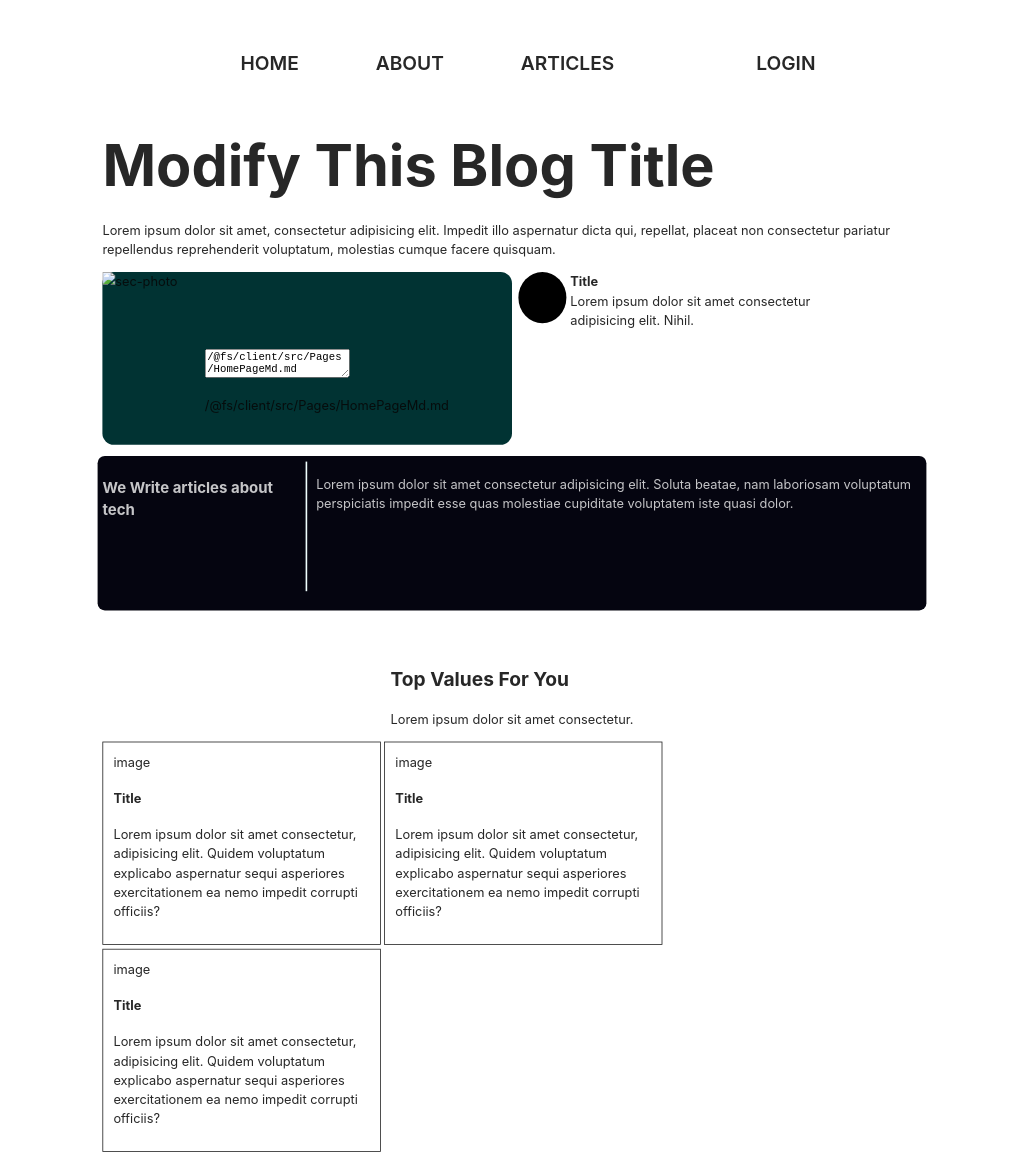
Repository: ValGrace/-static-site
Page: /home (app in client/)
An editor plug-in stored every save of this project. The page is shown before and after the next save, followed by the edit.
The browser window is 1280 px wide. The pictures show the whole page, at 80% of full size.
The project was rebuilt for these pictures with package versions that can differ from the ones it lists, and the page was loaded fresh each time. Also part of the build but not shown: client/vite.config.js, client/src/Utils/appwrite.js, client/src/Components/Inputs.css, client/src/Components/Login.jsx, client/src/Components/Signup.jsx, client/src/Pages/aboutPage.jsx, client/src/Pages/Articles.jsx.

Above is the page before, as saved 2023-02-12 09:47:44.

### client/src/main.jsx
import React from 'react'
import ReactDOM from 'react-dom/client'
import App from './App'
import './index.css'
import { BrowserRouter } from 'react-router-dom'
ReactDOM.createRoot(document.getElementById('root')).render(
  <React.StrictMode>
    <BrowserRouter>
    <App />
    </BrowserRouter>
  </React.StrictMode>,
)

### client/src/App.jsx
import PageRouter from './Routing/PageRouter'
import './App.css'

function App() {


  return (
    <div className="App">
      <PageRouter />
    </div>
  )
}

export default App

### client/src/index.css
:root {
  font-family: Inter, system-ui, Avenir, Helvetica, Arial, sans-serif;
  line-height: 1.5;
  font-weight: 400;

  color-scheme: light dark;
  color: rgba(7, 7, 7, 0.87);
  background-color: #ffffff;

  font-synthesis: none;
  text-rendering: optimizeLegibility;
  -webkit-font-smoothing: antialiased;
  -moz-osx-font-smoothing: grayscale;
  -webkit-text-size-adjust: 100%;
}

/* a {
  font-weight: 500;
  color: #646cff;
  text-decoration: inherit;
}
a:hover {
  color: #535bf2;
}

body {
  margin: 0;
  display: flex;
  place-items: center;
  min-width: 320px;
  min-height: 100vh;
}

h1 {
  font-size: 3.2em;
  line-height: 1.1;
}

button {
  border-radius: 8px;
  border: 1px solid transparent;
  padding: 0.6em 1.2em;
  font-size: 1em;
  font-weight: 500;
  font-family: inherit;
  background-color: #1a1a1a;
  cursor: pointer;
  transition: border-color 0.25s;
}
button:hover {
  border-color: #646cff;
}
button:focus,
button:focus-visible {
  outline: 4px auto -webkit-focus-ring-color;
}

@media (prefers-color-scheme: light) {
  :root {
    color: #213547;
    background-color: #ffffff;
  }
  a:hover {
    color: #747bff;
  }
  button {
    background-color: #f9f9f9;
  }
} */

### client/src/Routing/PageRouter.jsx
import Dashboard from "../Pages/Dashboard";
import HomePage from "../Pages/HomePage";
import { Routes, Route} from "react-router-dom"
import AboutPage from "../Pages/aboutPage";
import Articles from "../Pages/Articles";
const PageRouter = () => {
    return (
        <Routes>
            <Route path="/" element={<Dashboard />} />
            <Route path="/home" element={<HomePage />} />
            <Route path="/about" element={<AboutPage />} />
            <Route path="/articles" element={<Articles />} />

        </Routes>
    )
}

export default PageRouter

### client/src/App.css
.App {
  display: flex;
  flex-direction: column;
  justify-content: center;
  align-items: center;
}

### client/src/Pages/Dashboard.jsx
import React, { useReducer} from 'react'
import Login from '../Components/Login'
import Signup from '../Components/Signup'
import "../Components/Inputs.css"
const initialState = {page : <Login />}
function reducer(state, action) {
    switch(action.type) {
        case 'loginpage':
          return { page: <Login />}
        case 'signuppage':
            return { page: <Signup />}
        default:
            return { page: <h2>Loading....</h2>}
    }
}
const Dashboard = () => {
    const [state, dispatch] = useReducer(reducer, initialState)
    return (
        <div className='dashboard'>
         <h2>Static Site Generator</h2>
         <div>Static site Image</div>
         <div className='dash' id='dash'>
            <div className='toggleForms'>
                <button onClick={() => dispatch({type: 'loginpage'})} className="type-btn">Login</button>
                <button onClick={() => dispatch({type: 'signuppage'})} className="type-btn">Signup</button>
                </div>
            <React.Fragment>{state.page}</React.Fragment>

            <button id="auth-btns">Login with Github account</button>
            <button id="auth-btns">Login with Google account</button>
         </div>
       </div>
    )
}

export default Dashboard

### client/src/Pages/HomePage.jsx
import { useState } from "react"
import Navbar from "../Components/Navbar"

import HomeSection from "../Components/HomeSection"
import TopSection from "../Components/TopSection"
import HomePageMd from "./HomePageMd.md"
import ReactMarkdown from "react-markdown"
const HomePage = () => {
    const [markdown, setMarkdown] = useState(HomePageMd)

    const editMdFile =(event) => {
        setMarkdown(event.target.value)
    }
    return (
        <>
         <Navbar />
         <TopSection />
         <HomeSection />
         <div className="md-edit">
            <textarea value={markdown} onChange={editMdFile} />
            <ReactMarkdown children={markdown} />
         </div>
        </>
    )
}

export default HomePage

### client/src/Components/Navbar.jsx
import "./Navbar.css"
const Navbar = () => {
    return (
        <nav>
            <ul>
                <li>home</li>
                <li>about</li>
                <li>articles</li>
            </ul>
            <ul>
                <li>Login</li>
            </ul>
        </nav>
    )
}

export default Navbar

### client/src/Components/HomeSection.jsx
const HomeSection = () => {
   return (
    <>
    <div>
    <h2>Top Values For You</h2>
    <p>Lorem ipsum dolor sit amet consectetur.</p>
    </div>
    <div className="value-section">
        <div className="single-value">
            <div id="icon-section">image</div>
            <h4>Title</h4>
            <p>Lorem ipsum dolor sit amet consectetur, adipisicing elit. Quidem voluptatum explicabo aspernatur sequi asperiores exercitationem ea nemo impedit corrupti officiis?</p>
        </div>
        <div className="single-value">
            <div id="icon-section">image</div>
            <h4>Title</h4>
            <p>Lorem ipsum dolor sit amet consectetur, adipisicing elit. Quidem voluptatum explicabo aspernatur sequi asperiores exercitationem ea nemo impedit corrupti officiis?</p>
        </div>
        <div className="single-value">
            <div id="icon-section">image</div>
            <h4>Title</h4>
            <p>Lorem ipsum dolor sit amet consectetur, adipisicing elit. Quidem voluptatum explicabo aspernatur sequi asperiores exercitationem ea nemo impedit corrupti officiis?</p>
        </div>
    </div>
    </>
   )
}

export default HomeSection

### client/src/Components/TopSection.jsx
const TopSection = () => {
    return (
      <>
      <div className="top-text" id="top-text">
      <h2>Modify this blog title</h2>
      <p>Lorem ipsum dolor sit amet, consectetur adipisicing elit. Impedit illo aspernatur dicta qui, repellat, placeat non consectetur pariatur repellendus reprehenderit voluptatum, molestias cumque facere quisquam.</p>
      </div>
      <div className="head-section">
        <div className="head-img">
            <img src="" alt="sec-photo" />
        </div>
        <div className="side-section">
            <div className="side-img">
                <img src="" alt=""/>
            </div>
            <div className="side-blogs">
                <h4>Title</h4>
                <p>Lorem ipsum dolor sit amet consectetur adipisicing elit. Nihil.</p>
            </div>
        </div>
      </div>
      <div className="site-descr">
        <h3>We Write articles about tech</h3>
        <div className="site-sep"></div>
        <p>Lorem ipsum dolor sit amet consectetur adipisicing elit. Soluta beatae, nam laboriosam voluptatum perspiciatis impedit esse quas molestiae cupiditate voluptatem iste quasi dolor.</p>
      </div>
      </>
    )
}

export default TopSection

### client/src/Pages/HomePageMd.md

## Top Values For You
### Lorem ipsum dolor sit amet consectetur

### Title
###### Lorem ipsum dolor sit amet consectetur, adipisicing elit. Quidem voluptatum explicabo aspernatur sequi asperiores exercitationem ea nemo impedit corrupti officiis?

### Title
###### Lorem ipsum dolor sit amet consectetur, adipisicing elit. Quidem voluptatum explicabo aspernatur sequi asperiores exercitationem ea nemo impedit corrupti officiis?

### Title
###### Lorem ipsum dolor sit amet consectetur, adipisicing elit. Quidem voluptatum explicabo aspernatur sequi asperiores exercitationem ea nemo impedit corrupti officiis?

### client/src/Components/InfoPage.css
#about-page {
    font-size:2rem;
    text-transform: capitalize;

    width: 80vw;

    text-align: center;
}

.about-mid {
   display: flex;
   gap: 0.4rem;
   flex-wrap: wrap;
   flex-direction: column;
}

.about-info, .abt-context {
    /* width: 25vw; */
    display: flex;
    flex-direction: column;

}
#context {
    width: 75vw;
}

.abt-img {
    background-color: rgba(54, 4, 4, 0.685);
    width: 75vw;

}

.md-editor {
    width: 80vw;
    height: 75vh;
}

.md-editor > textarea {
    width: 95%;
    height: 95%;
    background-color: transparent;
}
.md-edit {
    position: absolute;
    width: 60vw;
    height: 80vh;
}
@media screen and (min-width: 670px) {
    #abt-info {
        flex-direction: row-reverse;
    }
    .about-info, .abt-context {
        flex-direction: row;
        justify-content: center;
        gap: 0.8em;

    }
    .abt-pg {
        display: flex;
        flex-direction: column;
        width: 40vw;
    }
    .abt-img {
        width: 40vw;
    }

}

### client/src/Components/Navbar.css
nav {
    width: 70vw;
    height: 20vh;
    display: flex;
}

nav > ul{
  display: flex;
  flex-direction: row;
  text-transform: uppercase;
  list-style-type: none;
  justify-content: center;
  align-items: center;
  gap: 4em;
  font-weight: 600;
  font-size: 1.5rem;
  flex-grow: 1;
}

#top-text {
    width: 80vw;
}

#top-text > h2 {
    font-size: 4.5rem;
    text-transform: capitalize;
    margin: 0;
    /* float: left; */
}

#top-text > p {
    float: right;

}

.head-section {
    display: flex;
    width: 80vw;
    gap: 0.5em;
    flex-wrap: wrap;
}

.head-img {
    background-color: rgb(1, 51, 51);
    width: 50%;
    border-radius: 0.9em;
    height: 30vh;
}

.side-section {
    display: flex;
    flex-direction: row;
    gap: 0.3rem;
    width: 40%;
}

.side-img {
    background-color: black;
    width: 5rem;
    height: 4rem;
    border-radius: 50%;
}

.side-blogs > h4, .side-blogs > p {
    margin: 0;
}

.site-descr {
    width: 80vw;
    background-color: rgba(1, 1, 12, 0.979);
    color: rgba(255, 255, 255, 0.767);
    border-radius: 9px;
    margin-top: 0.9rem;
    display: flex;
    /* gap: 0.4rem; */
    padding: 0.4rem;
    height: 25vh;
    margin-bottom: 3em;
}

.site-descr > p {
    width: 75%;
}
.site-sep {
    width: 0.1rem;
    height: 90%;
    background-color: azure;
    margin-right: 0.7rem;
}


.value-section {
   width: 80vw;
    display: flex;
    gap: 0.3rem;
    flex-wrap: wrap;
}

.single-value {
    border: 0.9px solid rgba(0, 0, 0, 0.87);
    padding: 0.8em;
    width: 20rem;
}

Loaded but not shown: client/index.html (common file)

After the next save:
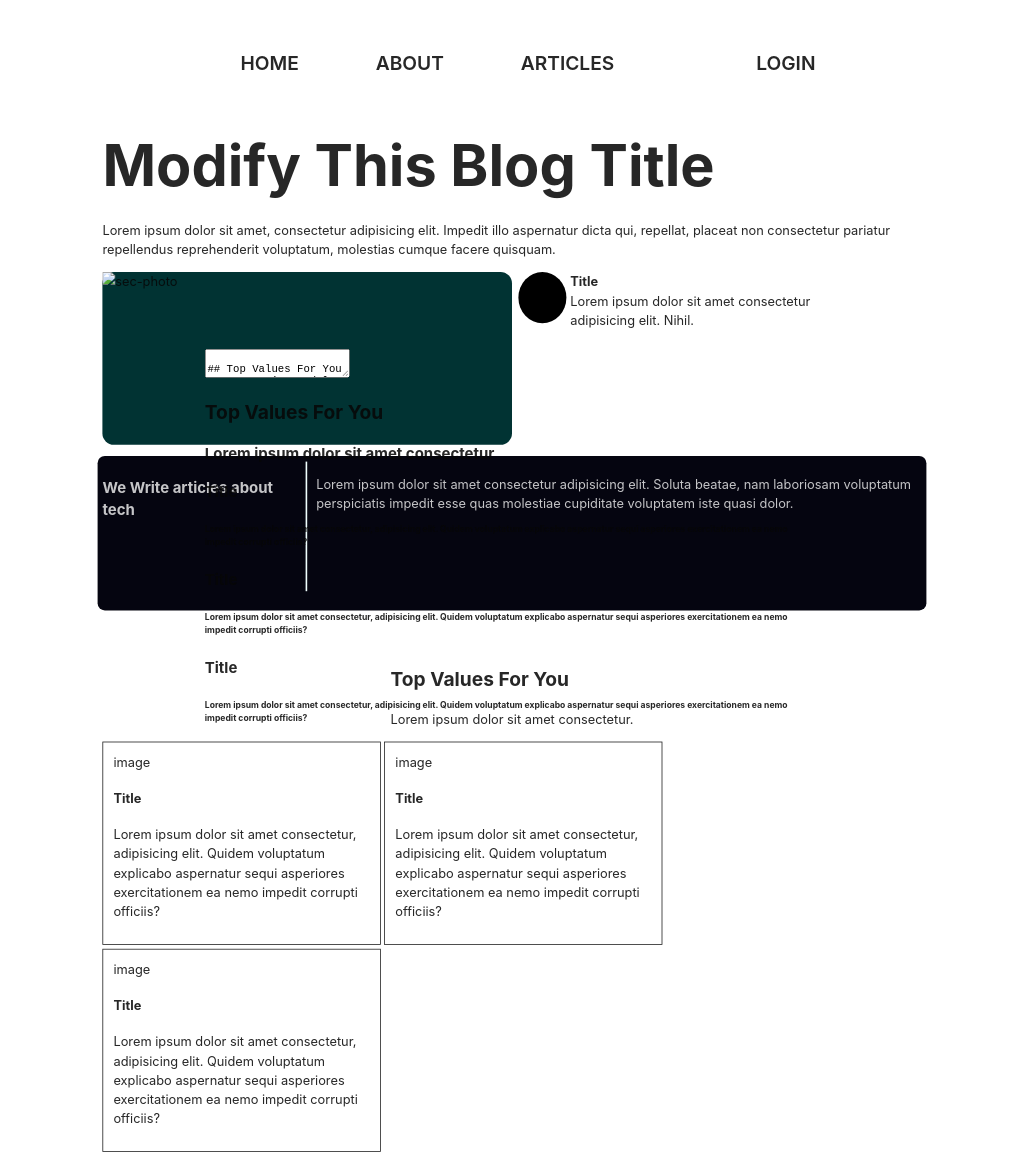
Saved 5 min 27 s later.
--- a/client/src/Pages/HomePage.jsx
+++ b/client/src/Pages/HomePage.jsx
@@ -1,4 +1,4 @@
-import { useState } from "react"
+import { useState, useEffect } from "react"
 import Navbar from "../Components/Navbar"
 
 import HomeSection from "../Components/HomeSection"
@@ -6,8 +6,12 @@ import TopSection from "../Components/TopSection"
 import HomePageMd from "./HomePageMd.md"
 import ReactMarkdown from "react-markdown"
 const HomePage = () => {
-    const [markdown, setMarkdown] = useState(HomePageMd)
-
+    const [markdown, setMarkdown] = useState("")
+    useEffect(() => {
+        fetch(HomePageMd)
+           .then((res) => res.text())
+           .then((text) => setMarkdown(text))
+    })
     const editMdFile =(event) => {
         setMarkdown(event.target.value)
     }
